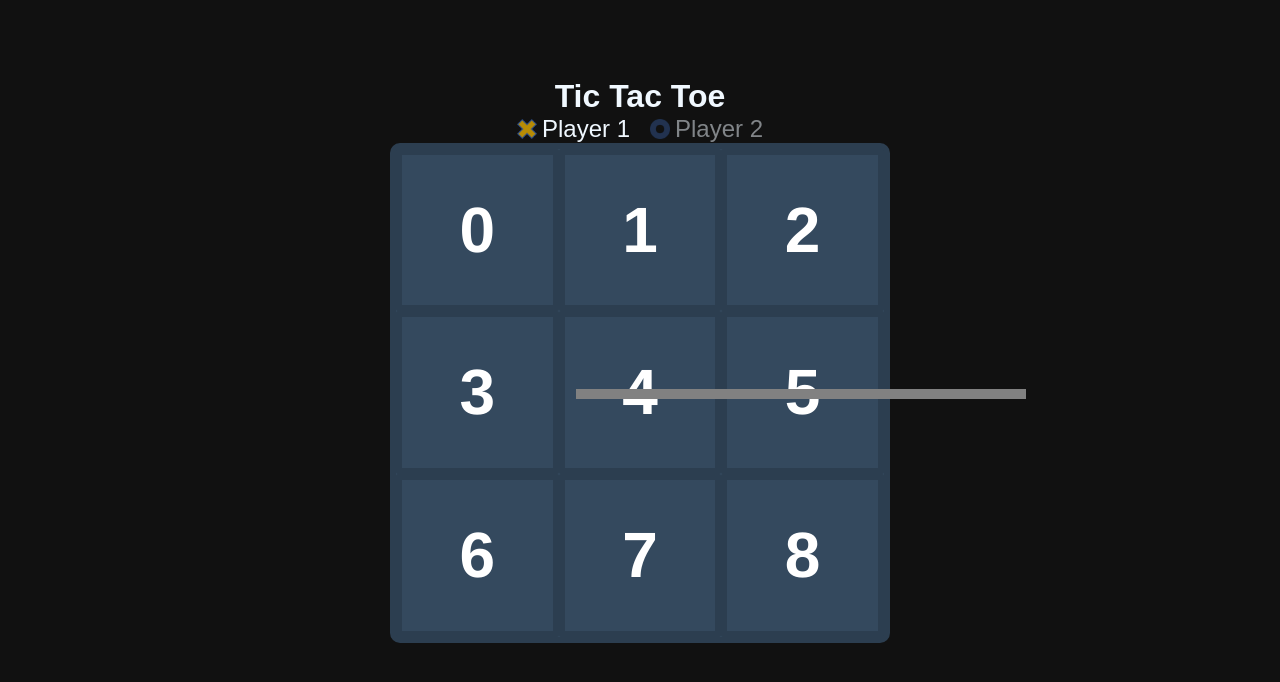
Repository: richardlieknis/tictactoe
Page: index.html
These files come from the project's save history. The page is drawn as it stood at one moment and after the next save; the edit follows.
The browser window is 1280 px wide. The pictures show the whole page.

Above is the page before, as saved 2022-12-08 16:07:42.

### index.html
<!DOCTYPE html>
<html lang="en">

<head>
    <meta charset="UTF-8" />
    <meta http-equiv="X-UA-Compatible" content="IE=edge" />
    <meta name="viewport" content="width=device-width, initial-scale=1.0" />
    <title>TicTacToe</title>
    <link rel="stylesheet" href="css/style.css" />
    <link rel="stylesheet" href="css/mobile.css" />

    <script src="main.js"></script>
</head>

<body>
    <div class="maincontainer">
        <h1>Tic Tac Toe</h1>
        <div class="players">
            <div id="player1" class="">
                <img src="src/img/cross.png" /> Player 1
            </div>
            <div id="player2" class="inactive">
                <img src="src/img/circle.png" /> Player 2
            </div>
        </div>
        <div class="gameField">
            <div class="box" id="0" onclick="playerPlace(0)">0</div>
            <div class="box" id="1" onclick="playerPlace(1)">1</div>
            <div class="box" id="2" onclick="playerPlace(2)">2</div>
            <div class="box" id="3" onclick="playerPlace(3)">3</div>
            <div class="box" id="4" onclick="playerPlace(4)">4</div>
            <div class="box" id="5" onclick="playerPlace(5)">5</div>
            <div class="box" id="6" onclick="playerPlace(6)">6</div>
            <div class="box" id="7" onclick="playerPlace(7)">7</div>
            <div class="box" id="8" onclick="playerPlace(8)">8</div>
            <div class="lines">
                <div id="line0" class="line" style="top: 75px; left: 20px"></div>
                <div id="line1" class="line" style="top: 240px; left: 20px"></div>
                <div id="line2" class="line" style="top: 400px; left: 20px"></div>
                <div id="line3" class="line make-vertical" style="top: 240px; right: 180px"></div>
                <div id="line4" class="line make-vertical" style="top: 240px; right: 20px"></div>
                <div id="line5" class="line make-vertical" style="top: 240px; left: 180px"></div>
                <div id="line6" class="line" style="top: 240px; right: 20px; transform: rotate(45deg) scaleX(0)"></div>
                <div id="line7" class="line" style="top: 240px; right: 20px; transform: rotate(-45deg) scaleX(0)"></div>
            </div>
        </div>
    </div>
</body>

</html>

### css/style.css
* {
    margin: 0;
    padding: 0;
    box-sizing: border-box;
}

body {
    font-family: sans-serif;
    color: aliceblue;
    background-color: #111;
}

.players {
    display: flex;
    align-items: center;
    justify-content: center;
    gap: 20px;
}

#player1,
#player2 {
    display: flex;
    align-items: center;
    gap: 5px;
    font-size: 24px;
}

.inactive {
    opacity: 0.5;
}

.players img {
    width: 20px;
}

.maincontainer {
    display: flex;
    justify-content: center;
    align-items: center;
    flex-direction: column;
    height: 100vh;
}

.gameField {
    position: relative;
    width: 500px;
    height: 500px;
    margin: 0 auto;
    background-color: #34495e;
    color: #fff;
    border: 6px solid #2c3e50;
    border-radius: 10px;
    display: grid;
    grid-template: repeat(3, 1fr) / repeat(3, 1fr);
}

.box {
    border: 6px solid #2c3e50;
    border-radius: 2px;
    font-family: Helvetica;
    font-weight: bold;
    font-size: 4em;
    display: flex;
    justify-content: center;
    align-items: center;
    cursor: pointer;
}

.box:hover {
    background-color: #416080;
}

.line {
    position: absolute;
    width: 450px;
    height: 10px;
    background-color: rgb(129, 129, 129);
    transform: scaleX(0);
    transition: transform 1s ease-in-out;
}

.make-vertical {
    transform: rotate(90deg) scaleX(0);
}

#line5 {
    transform: scaleX(1) !important;
}

### main.js
const circle = document.getElementById('circle');
const cross = document.getElementById('cross');
const gameover = document.getElementById('gameover');

let fields = [0, 1, 2, 3, 4, 5, 6, 7, 8];
let currentPlayer = 'cross';
let win = false;

let winFields = [
    [0, 1, 2],
    [3, 4, 5],
    [6, 7, 8],
    [0, 3, 6],
    [1, 4, 7],
    [2, 5, 8],
    [0, 4, 8],
    [2, 4, 6]
]

function playerPlace(id) {
    let fieldHtml = document.getElementById(id);
    if (fields[id] < 9 && !win) {
        if (currentPlayer === 'circle') {
            fields[id] = 'circle';
            fieldHtml.innerHTML = `<img src="src/img/circle.png">`;
            checkWin();
            currentPlayer = 'cross';
            document.getElementById('player1').classList.remove('inactive');
            document.getElementById('player2').classList.add('inactive');
        } else if (currentPlayer === 'cross') {
            fields[id] = 'cross';
            fieldHtml.innerHTML = `<img src="src/img/cross.png">`;
            checkWin();
            currentPlayer = 'circle';
            document.getElementById('player2').classList.remove('inactive');
            document.getElementById('player1').classList.add('inactive');
        }
    }
}

function checkWin() {
    for (let i = 0; i < winFields.length; i++) {
        if (fields[winFields[i][0]] === fields[winFields[i][1]] &&
            fields[winFields[i][1]] === fields[winFields[i][2]]) {
            console.log("GEWONNEN:", currentPlayer);
            win = true;
        }
    }

}

function resetGame() {
    win = false;
    for (let i = 0; i < 9; i++) {
        let fieldHtml = document.getElementById(i);
        fields = [0, 1, 2, 3, 4, 5, 6, 7, 8];
        fieldHtml.innerHTML = "";
    }
}

Loaded but not shown: css/mobile.css (no stored copy; drawn as an empty file)

After the next save:
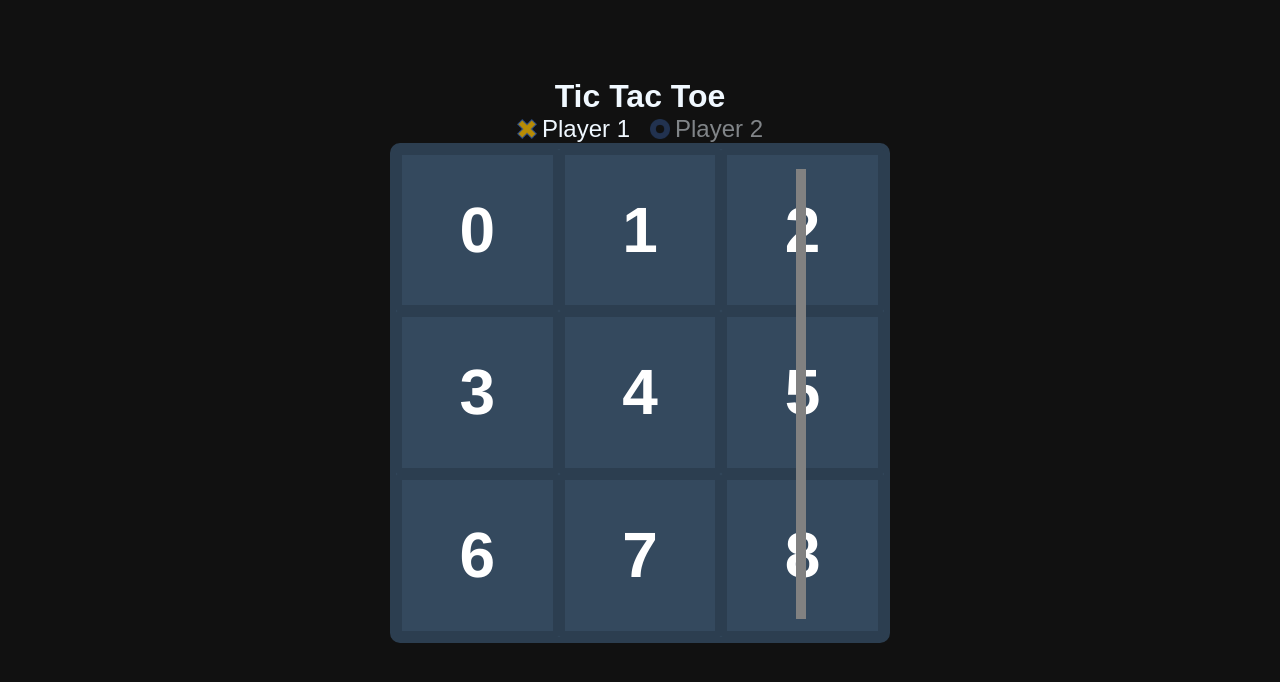
Saved 11 min 48 s later.
--- a/css/style.css
+++ b/css/style.css
@@ -84,5 +84,5 @@
 }
 
 #line5 {
-    transform: scaleX(1) !important;
+    transform: rotate(90deg) scaleX(1) !important;
 }
